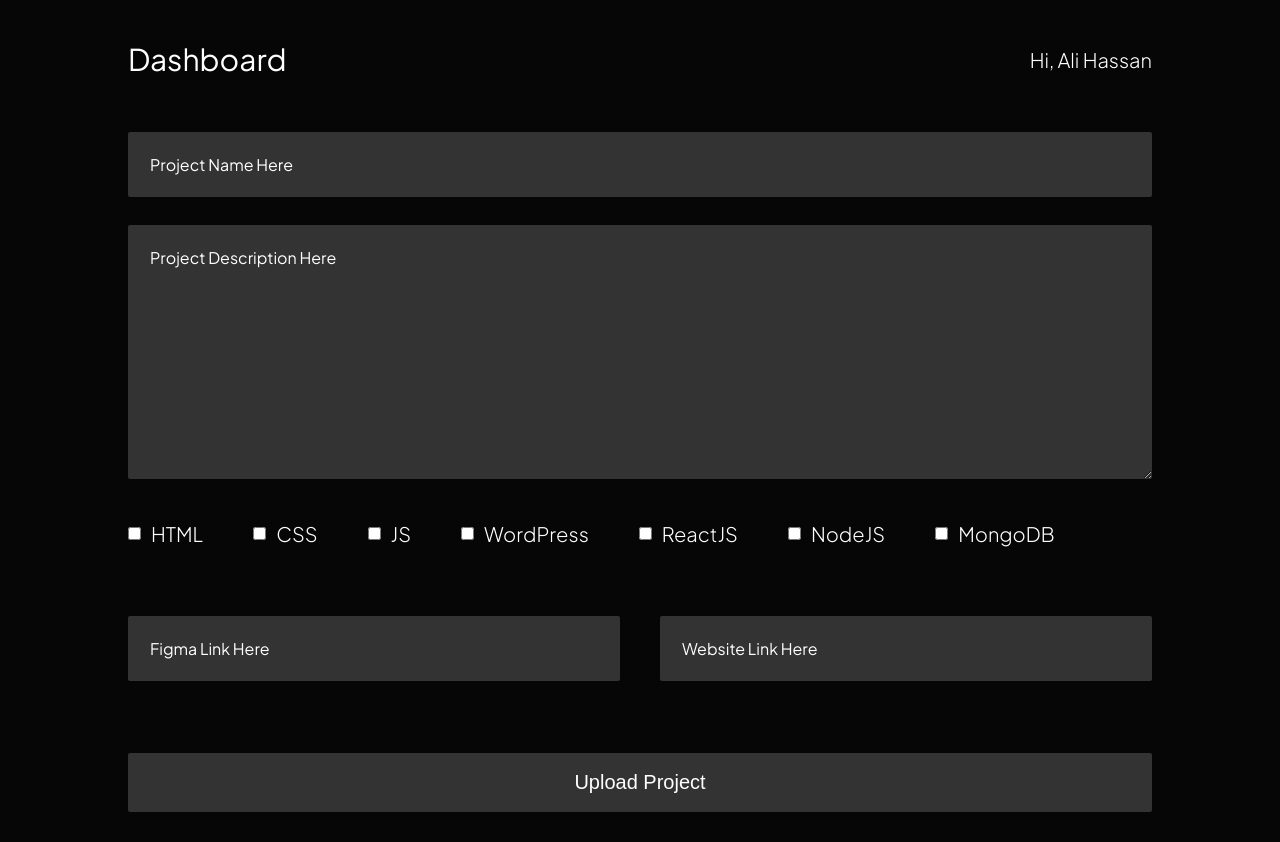
Repository: AliHassan02-Dev/PORTFOLIO
Page: /AdminDashborad (app in Front-end/)
The author's editor kept a copy of each file at every save. The page is drawn from the files as they stood at one save, then again after the next save.
The browser window is 1280 px wide. The pictures show the whole page.
The project was rebuilt for these pictures with package versions that can differ from the ones it lists, and the page was loaded fresh each time. Also part of the build but not shown: Front-end/vite.config.js, Front-end/src/Pages/Home.jsx, Front-end/src/Pages/About.jsx, Front-end/src/Components/Footer.jsx, Front-end/src/Components/Navbar.jsx, Front-end/src/data.js, Front-end/src/Components/ProjectsBox.jsx, Front-end/src/App.jsx and 5 more.

Above is the page before, as saved 2024-08-31 07:54:25.

After the next save:
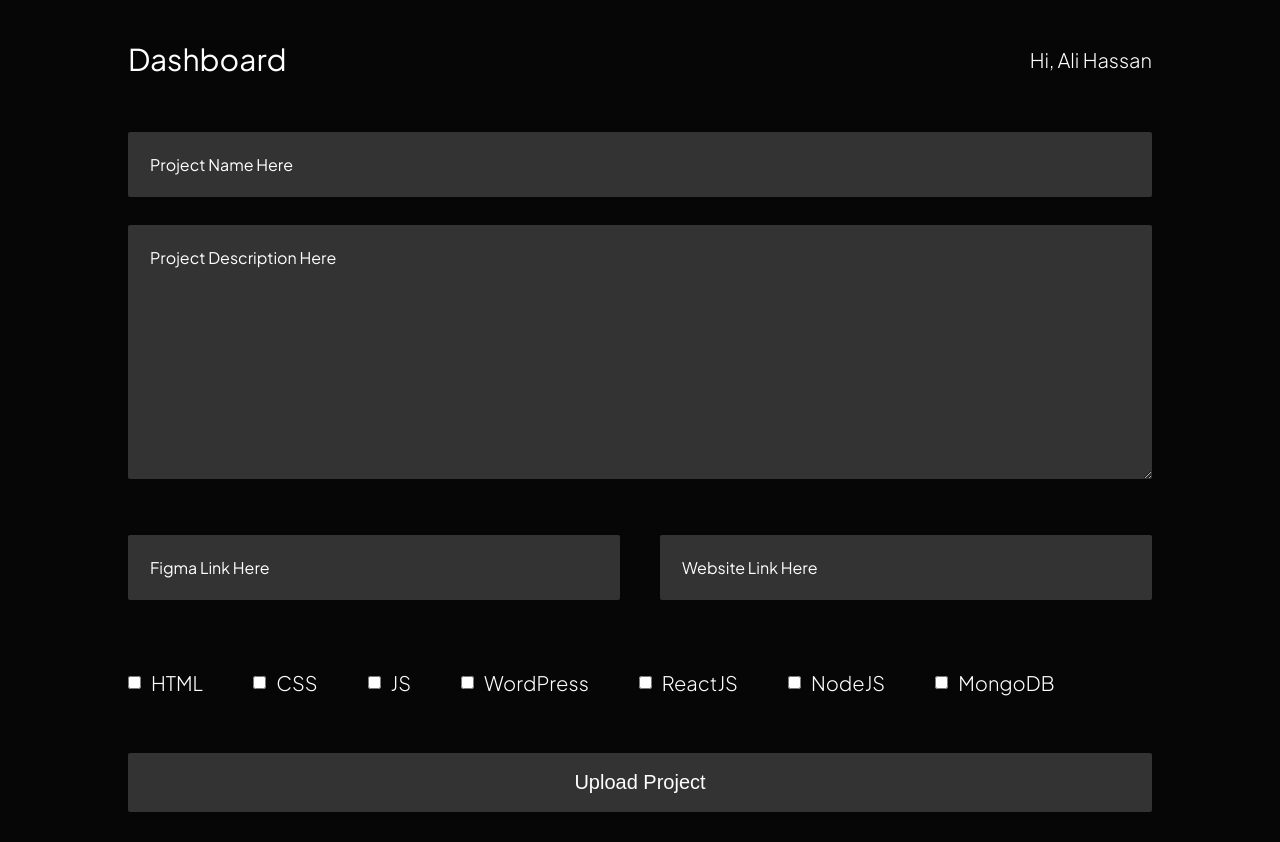
Saved 13 h 31 min later.
--- a/Front-end/src/Pages/AdminDashboard.jsx
+++ b/Front-end/src/Pages/AdminDashboard.jsx
@@ -58,6 +58,25 @@ const AdminDashboard = () => {
             value={projectData.projectDesc}
             onChange={handleEvent}
           ></textarea>
+
+          <div className="linksBox">
+            <input
+              type="text"
+              id="figmaLinkk"
+              name="figmaLink"
+              placeholder="Figma Link Here"
+              value={projectData.figmaLink}
+              onChange={handleEvent}
+            />
+            <input
+              type="text"
+              id="websiteLinkk"
+              name="websiteLink"
+              placeholder="Website Link Here"
+              value={projectData.websiteLink}
+              onChange={handleEvent}
+            />
+          </div>
 
           <div className="skillBox">
             <div className="skillBar">
@@ -127,25 +146,6 @@ const AdminDashboard = () => {
             </div>
           </div>
 
-          <div className="linksBox">
-            <input
-              type="text"
-              id="figmaLinkk"
-              name="figmaLink"
-              placeholder="Figma Link Here"
-              value={projectData.figmaLink}
-              onChange={handleEvent}
-            />
-            <input
-              type="text"
-              id="websiteLinkk"
-              name="websiteLink"
-              placeholder="Website Link Here"
-              value={projectData.websiteLink}
-              onChange={handleEvent}
-            />
-          </div>
-
           <button onClick={handleSubmit}>Upload Project</button>
         </div>
       </div>
